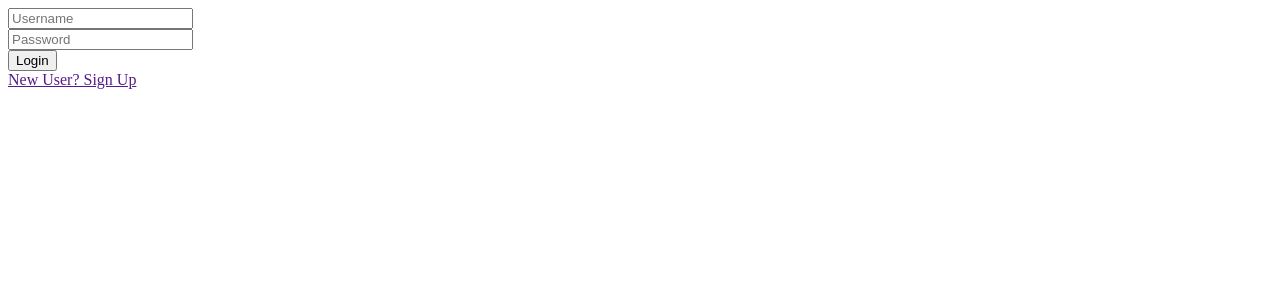
Repository: SarkarSubhajit/Advenced_Java
Page: FirstProject/src/main/webapp/login.html
These files come from the project's save history. The page is drawn as it stood at one moment and after the next save; the edit follows.
The browser window is 1280 px wide. The pictures show the whole page.

Above is the page before, as saved 2025-12-04 19:28:46.

After the next save:
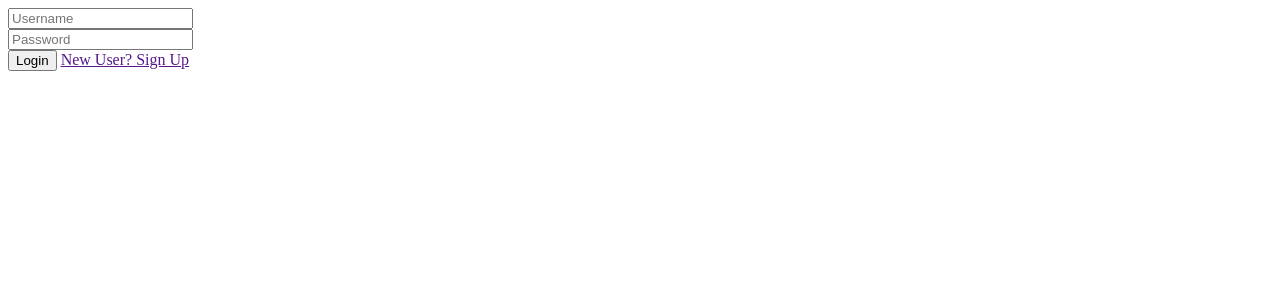
Saved 21 s later.
--- a/FirstProject/src/main/webapp/login.html
+++ b/FirstProject/src/main/webapp/login.html
@@ -9,7 +9,7 @@
 		<input type="text" name="userName" placeholder="Username" /><br />
 		<input type="password" name="password" placeholder="Password" /><br />
 
-		<input type="submit" value="Login" /><br />
+		<input type="submit" value="Login" />
 		<a href="">New User? Sign Up</a>
 	</form>
 </body>
